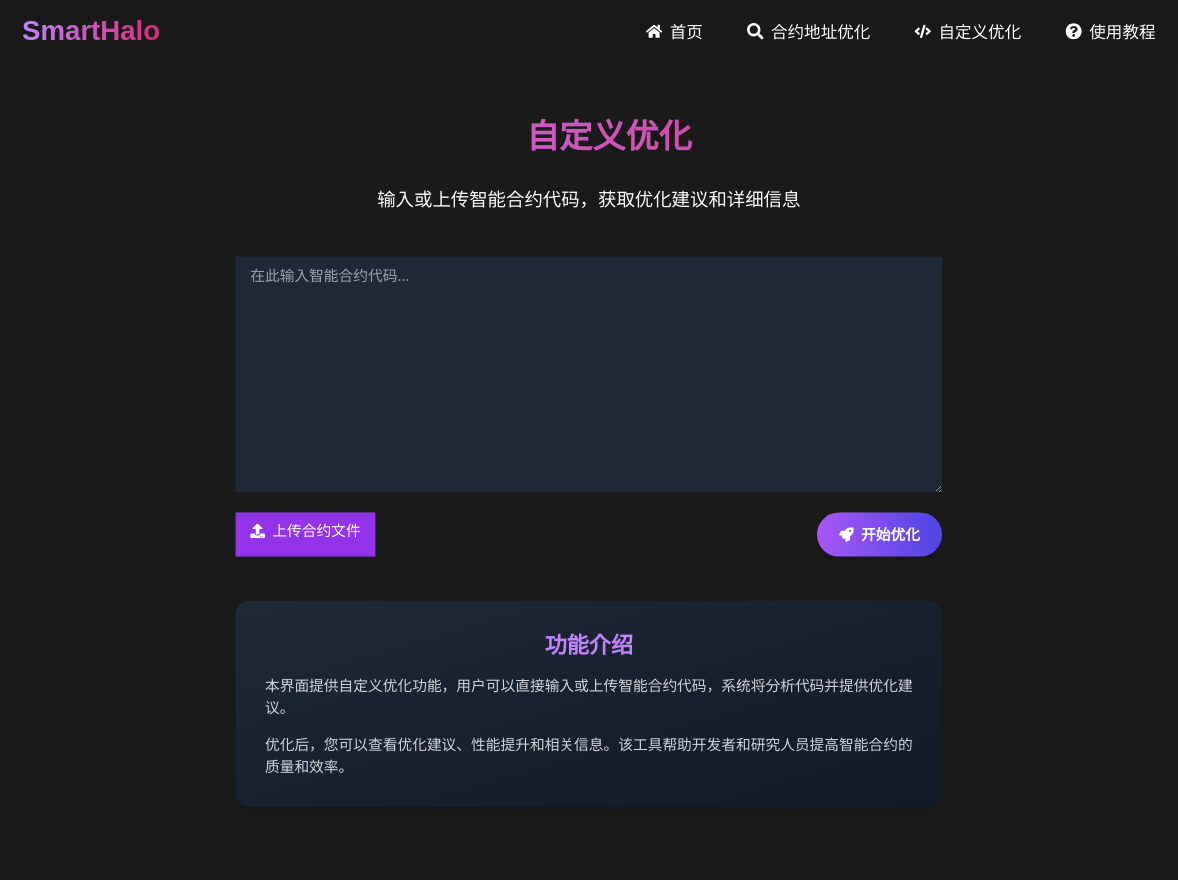
Repository: RunnerQuan/smart-halo
Page: /custom-optimization
An editor plug-in stored every save of this project. The page is shown before and after the next save, followed by the edit.
The browser window is 1280 px wide. The pictures show the whole page, at 92% of full size.
The project was rebuilt for these pictures with package versions that can differ from the ones it lists, and the page was loaded fresh each time. The framework's server and built-in components were replaced by stand-ins that run in the browser. Also part of the build but not shown: next.config.mjs.

Above is the page before, as saved 2024-10-18 10:24:45.

After the next save:
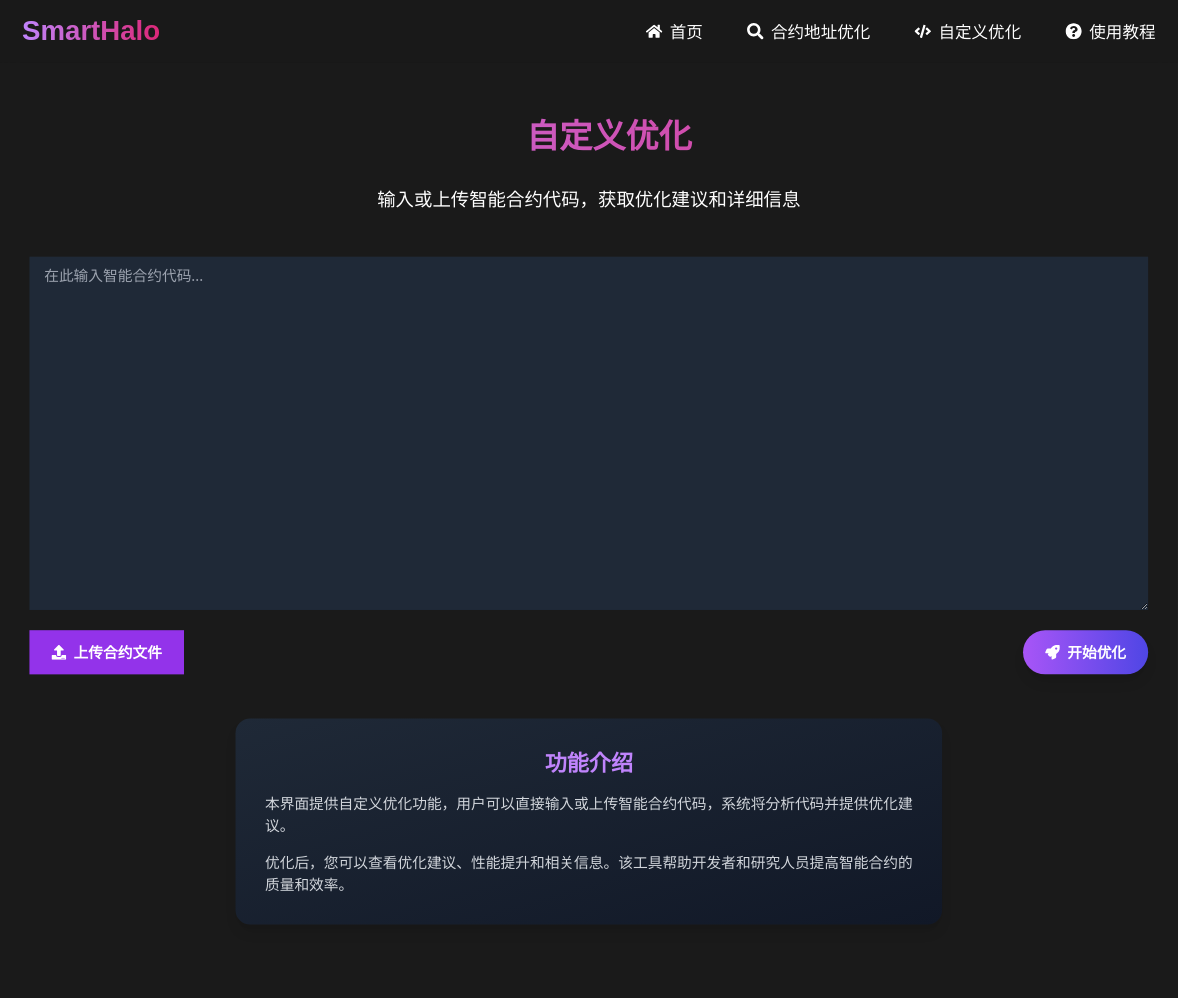
Saved 5 min 46 s later.
--- a/app/custom-optimization/page.tsx
+++ b/app/custom-optimization/page.tsx
@@ -43,19 +43,19 @@
         </motion.p>
 
         <motion.div
-          className="w-full max-w-3xl mx-auto mb-12"
+          className="w-full mx-auto mb-12"
           initial={{ opacity: 0, y: 50 }}
           animate={{ opacity: 1, y: 0 }}
           transition={{ duration: 0.5, delay: 0.4 }}
         >
           <textarea
-            className="w-full h-64 bg-gray-800 text-white rounded-lg px-4 py-2 mb-4 focus:outline-none focus:ring-2 focus:ring-purple-500"
+            className="w-full h-96 bg-gray-800 text-white rounded-lg px-4 py-2 mb-4 focus:outline-none focus:ring-2 focus:ring-purple-500"
             placeholder="在此输入智能合约代码..."
             value={contractCode}
             onChange={(e) => setContractCode(e.target.value)}
           ></textarea>
           <div className="flex justify-between">
-            <label className="bg-purple-600 text-white px-4 py-2 rounded-lg cursor-pointer hover:bg-purple-700 transition-colors">
+            <label className="bg-purple-600 text-white px-6 py-3 rounded-lg cursor-pointer hover:bg-purple-700 transition-colors font-bold">
               <FaUpload className="inline-block mr-2 mb-1" />
               上传合约文件
               <input type="file" className="hidden" onChange={(e) => {
@@ -66,7 +66,7 @@
                 }
               }} />
             </label>
-            <AnimatedButton onClick={handleOptimize}>
+            <AnimatedButton onClick={handleOptimize} className="px-6 py-3">
               <FaRocket className="inline-block mr-2 mb-1" />
               开始优化
             </AnimatedButton>

After the save that followed:
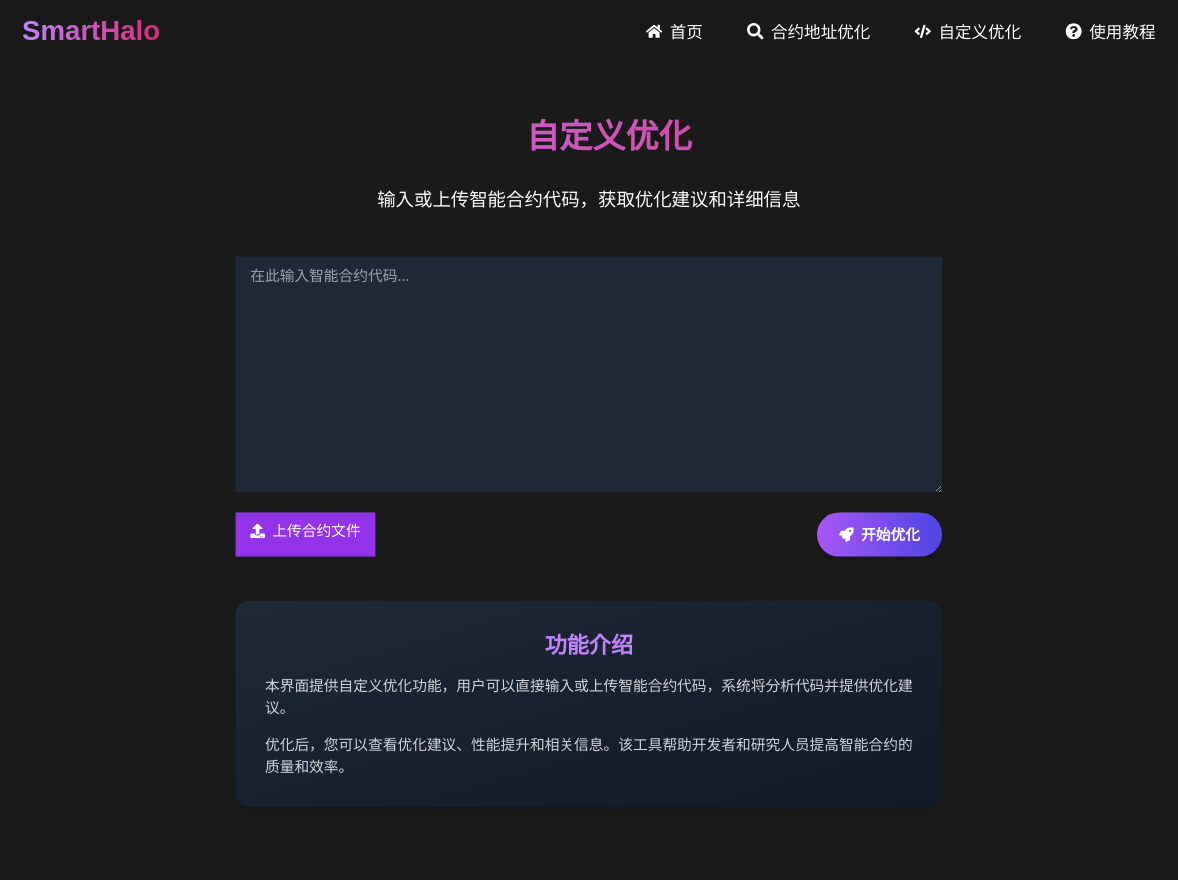
Saved 58 s later.
--- a/app/custom-optimization/page.tsx
+++ b/app/custom-optimization/page.tsx
@@ -43,19 +43,19 @@
         </motion.p>
 
         <motion.div
-          className="w-full mx-auto mb-12"
+          className="w-full max-w-3xl mx-auto mb-12"
           initial={{ opacity: 0, y: 50 }}
           animate={{ opacity: 1, y: 0 }}
           transition={{ duration: 0.5, delay: 0.4 }}
         >
           <textarea
-            className="w-full h-96 bg-gray-800 text-white rounded-lg px-4 py-2 mb-4 focus:outline-none focus:ring-2 focus:ring-purple-500"
+            className="w-full h-64 bg-gray-800 text-white rounded-lg px-4 py-2 mb-4 focus:outline-none focus:ring-2 focus:ring-purple-500"
             placeholder="在此输入智能合约代码..."
             value={contractCode}
             onChange={(e) => setContractCode(e.target.value)}
           ></textarea>
           <div className="flex justify-between">
-            <label className="bg-purple-600 text-white px-6 py-3 rounded-lg cursor-pointer hover:bg-purple-700 transition-colors font-bold">
+            <label className="bg-purple-600 text-white px-4 py-2 rounded-lg cursor-pointer hover:bg-purple-700 transition-colors">
               <FaUpload className="inline-block mr-2 mb-1" />
               上传合约文件
               <input type="file" className="hidden" onChange={(e) => {
@@ -66,7 +66,7 @@
                 }
               }} />
             </label>
-            <AnimatedButton onClick={handleOptimize} className="px-6 py-3">
+            <AnimatedButton onClick={handleOptimize}>
               <FaRocket className="inline-block mr-2 mb-1" />
               开始优化
             </AnimatedButton>
